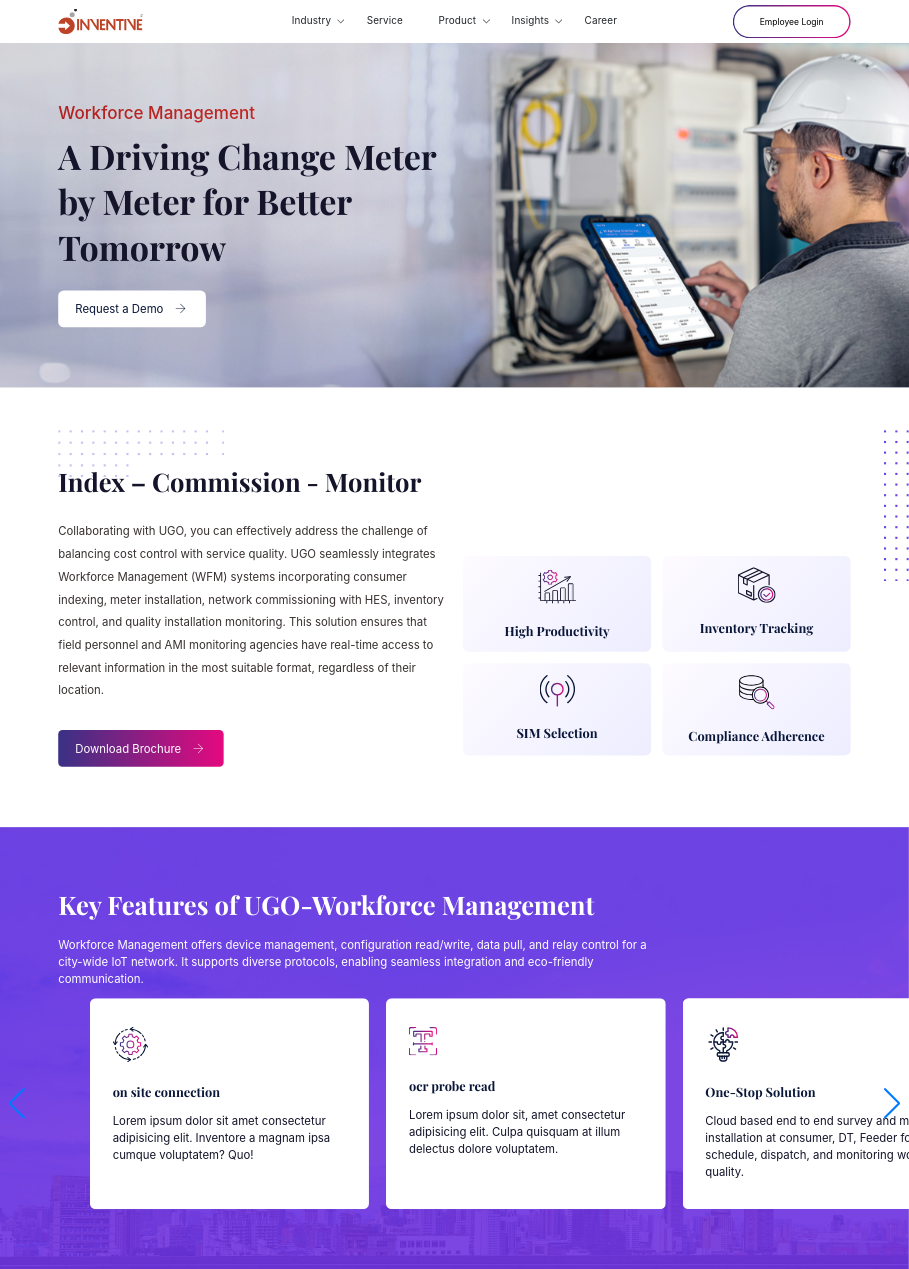
Repository: mangalravi/inventive
Page: WFM-Detail-Page.html
An editor plug-in stored every save of this project. The page is shown before and after the next save, followed by the edit.
The browser window is 1280 px wide. The pictures show the whole page, at 71% of full size.
Some web fonts or font styles are not loaded; a fallback is used. The style sheet was rebuilt from its Sass, Less or Tailwind sources for each picture, by a compiler version that may differ from the author's.

Above is the page before, as saved 2024-07-10 17:03:59.

### WFM-Detail-Page.html
<!DOCTYPE html>
<html lang="en">
  <head>
    <meta charset="UTF-8" />
    <meta name="viewport" content="width=device-width, initial-scale=1.0" />
    <title>Inventive</title>
    <link rel="icon" type="image/x-icon" href="content/images/favicon.png" />
    <link rel="stylesheet" href="content/lib/swiper/css/swiper.css" />
    <link href="content/css/font-family.css" />
    <link rel="stylesheet" href="content/css/Icon.css" />
    <link rel="stylesheet" as="style" href="content/css/custom.css" />
    <link href="content/css/custom-grid.css" />
  </head>
  <body>
    <header>
      <nav class="navbar">
        <div class="container">
          <div class="menu-extras lazyloaded">
            <div class="menu-item">
              <a class="navbar-toggle">
                <div class="lines">
                  <span></span>
                  <span></span>
                  <span></span>
                </div>
              </a>
            </div>
          </div>

          <div class="row align-items-center">
            <div class="col-2">
              <a href="#">
                <img
                  width="120"
                  height="36"
                  alt="inventive_logo"
                  src="content/images/inventive_logo-1.svg"
                />
              </a>
              <button class="navbar-toggler" type="button">
                <span class="navbar-toggler-icon"></span>
              </button>
            </div>
            <div class="col-8">
              <div class="collapse navbar-collapse">
                <ul class="navbar-nav">
                  <li class="parent-menu position-relative">
                    <a href="#">Industry</a>
                    <span class="menu-arrow"></span>
                    <ul class="submenu">
                      <li>
                        <a href="#" class="sub-menu-item">About Us</a>
                      </li>
                      <li>
                        <a href="#" target="_blank" class="sub-menu-item"
                          >Company Profile</a
                        >
                      </li>
                      <li>
                        <a href="#" target="_blank" class="sub-menu-item"
                          >Virtual Introduction</a
                        >
                      </li>
                      <li>
                        <a href="#" class="sub-menu-item">Office Locations</a>
                      </li>
                      <li><a href="#" class="sub-menu-item">Our Team</a></li>
                      <li>
                        <a href="#" class="sub-menu-item">Our Clients</a>
                      </li>
                      <li>
                        <a href="#" class="sub-menu-item">Certificates</a>
                      </li>
                      <li>
                        <a href="#" class="sub-menu-item">Events News</a>
                      </li>
                      <li><a href="#" class="sub-menu-item">Gallery</a></li>
                    </ul>
                  </li>
                  <li class="nav-item">
                    <a href="#" class="nav-link">Service</a>
                  </li>
                  <li class="parent-menu position-relative">
                    <a href="#">Product</a><span class="menu-arrow"></span>
                    <div class="prodlist submenu">
                      <div class="tabs">
                        <ul class="tab-links">
                          <li class="tab-link" data-tab="tab1">
                            <a href="#">Smart Metering Solutions(SMS)</a>
                          </li>
                          <li class="tab-link" data-tab="tab2">
                            <a href="#">Unified Billing System</a>
                          </li>
                          <li class="tab-link" data-tab="tab3">
                            <a href="#">Enterprise Resource Planning</a>
                          </li>
                        </ul>
                        <div class="tab-content">
                          <div id="tab1" class="tab">
                            <ul class="mgmenu mb-4 ms-5">
                              <li>
                                <a href="/head-end-system"
                                  >Head End System
                                  <i class="bi bi-arrow-right"></i
                                ></a>
                              </li>
                              <li>
                                <a href="/meter-data-management"
                                  >Meter Data Management
                                  <i class="bi bi-arrow-right"></i
                                ></a>
                              </li>
                              <li>
                                <a href="/consumer-survey-meter-installation"
                                  >Consumer Survey &amp; Meter Installation
                                  <i class="bi bi-arrow-right"></i
                                ></a>
                              </li>
                              <li>
                                <a href="/smart-prepaid-system"
                                  >Smart Prepaid System
                                  <i class="bi bi-arrow-right"></i
                                ></a>
                              </li>
                              <li>
                                <a href="/energy-audit"
                                  >Energy Audit <i class="bi bi-arrow-right"></i
                                ></a>
                              </li>
                            </ul>
                          </div>
                          <div id="tab2" class="tab">
                            <ul class="mgmenu mb-4 ms-5">
                              <li>
                                <a href="/metering-billing-and-collection"
                                  >Metering, Billing &amp; Collection
                                  <i class="bi bi-arrow-right"></i
                                ></a>
                              </li>
                              <li>
                                <a href="/crm-for-utilities"
                                  >CRM <i class="bi bi-arrow-right"></i
                                ></a>
                              </li>
                              <li>
                                <a href="/workforce-management"
                                  >Workforce Management
                                  <i class="bi bi-arrow-right"></i
                                ></a>
                              </li>
                              <li>
                                <a href="/spot-billing-app"
                                  >Spot Billing App
                                  <i class="bi bi-arrow-right"></i
                                ></a>
                              </li>
                              <li>
                                <a href="/consumer-app-and-portal"
                                  >Consumer App and Portal
                                  <i class="bi bi-arrow-right"></i
                                ></a>
                              </li>
                              <li>
                                <a href="/energy-analytics"
                                  >Energy Analytics
                                  <i class="bi bi-arrow-right"></i
                                ></a>
                              </li>
                              <li>
                                <a href="/network-indexing-management"
                                  >Network Indexing Management
                                  <i class="bi bi-arrow-right"></i
                                ></a>
                              </li>
                              <li>
                                <a href="/ocr-based-billing"
                                  >OCR Based Billing
                                  <i class="bi bi-arrow-right"></i
                                ></a>
                              </li>
                            </ul>
                          </div>
                          <div id="tab3" class="tab">
                            <ul class="mgmenu mb-4 ms-5">
                              <li>
                                <a href="/erp-procurement-module"
                                  >Procurement <i class="bi bi-arrow-right"></i
                                ></a>
                              </li>
                              <li>
                                <a href="/finance-and-accounting"
                                  >Finance &amp; Accounting
                                  <i class="bi bi-arrow-right"></i
                                ></a>
                              </li>
                              <li>
                                <a href="/human-resource-management-system"
                                  >HRMS <i class="bi bi-arrow-right"></i
                                ></a>
                              </li>
                              <li>
                                <a href="/erp-sales-module"
                                  >Sales <i class="bi bi-arrow-right"></i
                                ></a>
                              </li>
                              <li>
                                <a href="/erp-supply-chain-management"
                                  >Supply Chain Management
                                  <i class="bi bi-arrow-right"></i
                                ></a>
                              </li>
                              <li>
                                <a href="/customer-relationship-management"
                                  >CRM <i class="bi bi-arrow-right"></i
                                ></a>
                              </li>
                              <li>
                                <a href="/inventory-management-system"
                                  >Inventory Management
                                  <i class="bi bi-arrow-right"></i
                                ></a>
                              </li>
                              <li>
                                <a href="/warehouse-management-system"
                                  >Warehouse Management
                                  <i class="bi bi-arrow-right"></i
                                ></a>
                              </li>
                            </ul>
                          </div>
                        </div>
                      </div>
                    </div>
                  </li>
                  <li class="parent-menu position-relative">
                    <a href="#">Insights</a><span class="menu-arrow"></span>
                    <ul class="submenu">
                      <li><a href="#" class="sub-menu-item">Blogs</a></li>
                      <li>
                        <a href="#" class="sub-menu-item">Contact Us</a>
                      </li>
                    </ul>
                  </li>
                  <li class="nav-item">
                    <a href="#" class="nav-link">Career</a>
                  </li>
                </ul>
              </div>
            </div>
            <div class="col-2">
              <a href="#" class="btn-outline-main">
                <span>Employee Login</span>
              </a>
            </div>
          </div>
        </div>
      </nav>
    </header>

    <section class="top-banner">
      <div class="container">
        <div class="row">
          <div class="col-md-6">
            <div class="tpcntnt">
              <p>Workforce Management</p>
              <h4>A Driving Change Meter by Meter for Better Tomorrow</h4>
              <a href="#" class="btn btn-primary"
                >Request a Demo
                <span class="material-symbols-outlined">
                  arrow_forward
                </span></a
              >
            </div>
          </div>
        </div>
      </div>
    </section>

    <section class="intro pt-0">
      <div class="container">
        <div class="row align-items-end">
          <div class="col-md-6 d-flex">
            <div class="lft">
              <h4>Index – Commission - Monitor</h4>
              <p>
                Collaborating with UGO, you can effectively address the
                challenge of balancing cost control with service quality. UGO
                seamlessly integrates Workforce Management (WFM) systems
                incorporating consumer indexing, meter installation, network
                commissioning with HES, inventory control, and quality
                installation monitoring. This solution ensures that field
                personnel and AMI monitoring agencies have real-time access to
                relevant information in the most suitable format, regardless of
                their location.
              </p>
              <a href="#" class="btn btn-main">
                Download Brochure
                <span class="material-symbols-outlined">
                  arrow_forward
                </span></a
              >
            </div>
          </div>
          <div class="col-md-6 d-flex">
            <div class="mainrgt">
              <div class="row gx-3">
                <div class="col-sm-6 d-flex">
                  <div class="rgt">
                    <img
                      src="content/images/High-Productivity.svg"
                      alt="High"
                    />
                    <h4>High Productivity</h4>
                  </div>
                </div>
                <div class="col-sm-6 d-flex">
                  <div class="rgt">
                    <img
                      src="content/images/Inventory-Tracking.svg"
                      alt="Inventory"
                    />
                    <h4>Inventory Tracking</h4>
                  </div>
                </div>
                <div class="col-sm-6 d-flex">
                  <div class="rgt">
                    <img src="content/images/SIM-Selection.svg" alt="SIM" />
                    <h4>SIM Selection</h4>
                  </div>
                </div>
                <div class="col-sm-6 d-flex">
                  <div class="rgt">
                    <img
                      src="content/images/compliance-adherence.svg"
                      alt="compliance"
                    />
                    <h4>Compliance Adherence</h4>
                  </div>
                </div>
              </div>
            </div>
          </div>
        </div>
      </div>
    </section>
    <section class="key-feature position-relative">
      <div class="container">
        <div class="row">
          <div class="col-11 col-sm-10 col-md-8">
            <div class="tpcntnt">
              <h4>Key Features of UGO-Workforce Management</h4>
              <p>
                Workforce Management offers device management, configuration
                read/write, data pull, and relay control for a city-wide IoT
                network. It supports diverse protocols, enabling seamless
                integration and eco-friendly communication.
              </p>
            </div>
          </div>
        </div>
      </div>
      <div class="swiper">
        <!-- Additional required wrapper -->
        <div class="swiper-wrapper">
          <!-- Slides -->
          <div class="swiper-slide">
            <div class="slidecntnt">
              <img
                src="content/images/Key-features/one-stop-solution.svg"
                alt="solution"
              />
              <h5>One-Stop Solution</h5>
              <p>
                Cloud based end to end survey and meter installation at
                consumer, DT, Feeder for schedule, dispatch, and monitoring work
                quality.
              </p>
            </div>
          </div>
          <div class="swiper-slide">
            <div class="slidecntnt">
              <img
                src="content/images/Key-features/project-onitoring.svg"
                alt="project"
              />
              <h5>Project Monitoring</h5>
              <p>
                Rich UI/UX based dynamic dashboards and reports to track project
                status and quality of eld work at site.
              </p>
            </div>
          </div>
          <div class="swiper-slide">
            <div class="slidecntnt">
              <img
                src="content/images/Key-features/signal-strength.svg"
                alt="signal"
              />
              <h5>Signal Strength</h5>
              <p>
                Capture SIM connectivity status for proper planning of
                deployment of GPRS/RF mechanism at site.
              </p>
            </div>
          </div>
          <div class="swiper-slide">
            <div class="slidecntnt">
              <img
                src="content/images/Key-features/location-tracking.svg"
                alt="location"
              />
              <h5>Location Tracking</h5>
              <p>
                Support accurate GPS co-ordinates capturing from mobile device
                for efficient route planning and time saving.
              </p>
            </div>
          </div>
          <div class="swiper-slide">
            <div class="slidecntnt">
              <img
                src="content/images/Key-features/on-site-connection.svg"
                alt="connection"
              />
              <h5>on site connection</h5>
              <p>
                Lorem ipsum dolor sit amet consectetur adipisicing elit. Dolores
                optio omnis adipisci sequi dicta possimus nulla dignissimos
                beatae, placeat nobis?
              </p>
            </div>
          </div>
          <div class="swiper-slide">
            <div class="slidecntnt">
              <img
                src="content/images/Key-features/interoperability.svg"
                alt="interoperability"
              />
              <h5>interoperability</h5>
              <p>
                Lorem ipsum dolor sit amet consectetur adipisicing elit.
                Praesentium doloribus fugiat quia tempora libero pariatur!
              </p>
            </div>
          </div>
          <div class="swiper-slide">
            <div class="slidecntnt">
              <img
                src="content/images/Key-features/on-site-connection.svg"
                alt="connection"
              />
              <h5>on site connection</h5>
              <p>
                Lorem ipsum dolor sit amet consectetur adipisicing elit.
                Inventore a magnam ipsa cumque voluptatem? Quo!
              </p>
            </div>
          </div>
          <div class="swiper-slide">
            <div class="slidecntnt">
              <img
                src="content/images/Key-features/ocr-probe-read.svg"
                alt="ocr"
              />
              <h5>ocr probe read</h5>
              <p>
                Lorem ipsum dolor sit, amet consectetur adipisicing elit. Culpa
                quisquam at illum delectus dolore voluptatem.
              </p>
            </div>
          </div>
        </div>

        <!-- If we need navigation buttons -->
        <div class="swiper-button-prev"></div>
        <div class="swiper-button-next"></div>
      </div>
    </section>
    <script src="content/js/jquery.min.js"></script>
    <script src="content/lib/swiper/js/swiper.js"></script>
    <script src="content/js/custom.js"></script>
  </body>
</html>

### content/js/custom.js
document.addEventListener("DOMContentLoaded", function () {
  const tabLinks = document.querySelectorAll(".tab-link");
  const tabs = document.querySelectorAll(".tab");
  let activeTab = tabLinks[0]; // Initialize with the first tab link

  function showTab(event, tabId) {
    // Remove active class from current active tab link and tab
    if (activeTab) {
      activeTab.classList.remove("active");
      const activeContent = document.getElementById(activeTab.dataset.tab);
      activeContent.classList.remove("active");
    }

    // Set the new active tab link and tab
    const targetElement = event.target.closest(".tab-link");
    targetElement.classList.add("active");
    document.getElementById(tabId).classList.add("active");

    // Update the activeTab to the newly active tab link
    activeTab = targetElement;
  }

  tabLinks.forEach((link) => {
    link.addEventListener("click", function (event) {
      showTab(event, event.target.closest(".tab-link").dataset.tab);
    });
    link.addEventListener("mouseover", function (event) {
      showTab(event, event.target.closest(".tab-link").dataset.tab);
    });
  });

  // Initialize first tab as active
  tabLinks[0].classList.add("active");
  tabs[0].classList.add("active");
});

//slider
const swiper = new Swiper(".swiper", {
  loop: true,
  centeredSlides: true,
  navigation: {
    nextEl: ".swiper-button-next",
    prevEl: ".swiper-button-prev",
  },
  slidesOffsetBefore: 20,
  slidesOffsetAfter: 20,
  spaceBetween: 30,

  breakpoints: {
    768: {
      slidesPerView: 3,
      spaceBetween: 30,
    },
    1024: {
      slidesPerView: 4,
      spaceBetween: 40,
    },
    1280: {
      slidesPerView: 3,
      spaceBetween: 50,
    },
  },
});

### content/css/font-family.css
/* Inter font family */
@font-face {
  font-family: "Inter";
  font-style: normal;
  font-weight: 400;
  src: url("../fonts/Inter/Inter-Regular.ttf") format("truetype");
  font-display: swap;
}
@font-face {
  font-family: "Inter";
  font-style: normal;
  font-weight: 500;
  src: url("../fonts/Inter/Inter-Medium.ttf") format("truetype");
  font-display: swap;
}

@font-face {
  font-family: "Inter";
  font-style: normal;
  font-weight: 600;
  src: url("../fonts/Inter/Inter-SemiBold.ttf") format("truetype");
  font-display: swap;
}



/* Playfair Display font family */
@font-face {
  font-family: "Playfair Display";
  font-style: normal;
  font-weight: 600;
  src: url("../fonts/Playfair_Display/PlayfairDisplay-SemiBold.ttf") format("truetype");
  font-display: swap;
}

@font-face {
  font-family: "Playfair Display";
  font-style: normal;
  font-weight: 700;
  src: url("../fonts/Playfair_Display/PlayfairDisplay-Bold.ttf") format("truetype");
  font-display: swap;
}

Loaded but not shown: content/lib/swiper/css/swiper.css (library); content/js/jquery.min.js (library); content/lib/swiper/js/swiper.js (library); content/images/High-Productivity.svg (25 lines, source omitted); content/images/SIM-Selection.svg (16 lines, source omitted); content/css/custom.scss (728 lines, source omitted); content/css/Icon.css (90 lines, source omitted)

After the next save:
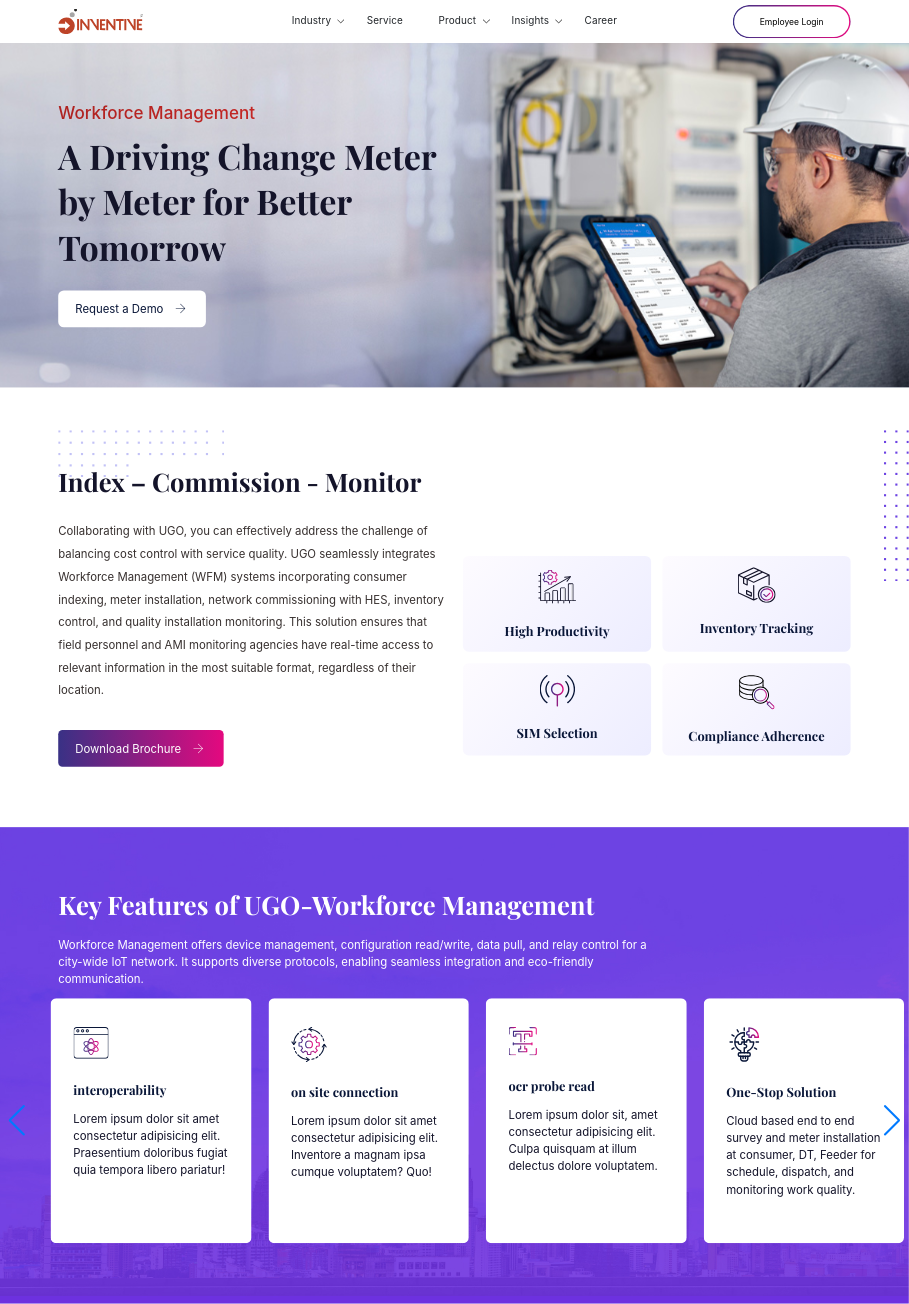
Saved 4 s later.
--- a/content/js/custom.js
+++ b/content/js/custom.js
@@ -56,7 +56,7 @@
       spaceBetween: 40,
     },
     1280: {
-      slidesPerView: 3,
+      slidesPerView: 4,
       spaceBetween: 50,
     },
   },
